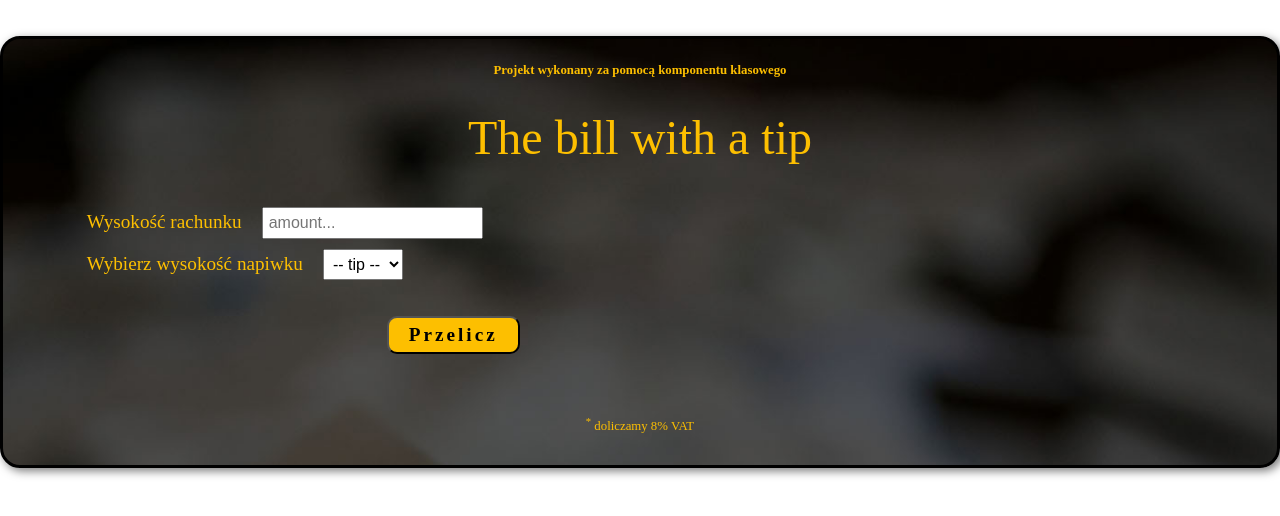
Repository: KrzysKolo/sr_tydzien4_zad1
Page: /
These files come from the project's save history. The page is drawn as it stood at one moment and after the next save; the edit follows.
The browser window is 1280 px wide. The pictures show the whole page.
Some web fonts or font styles are not loaded; a fallback is used. The project was rebuilt for these pictures with package versions that can differ from the ones it lists, and the page was loaded fresh each time. Also part of the build but not shown: src/components/ParagrapfCard.js.

Above is the page before, as saved 2020-11-06 14:58:58.

After the next save:
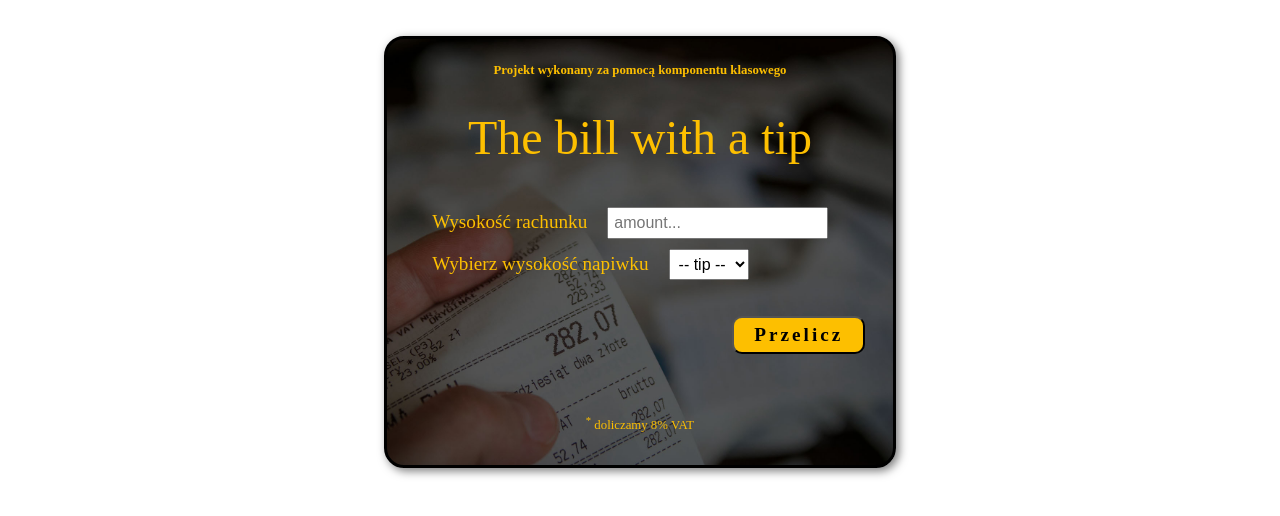
Saved 32 s later.
--- a/src/components/BillCard.css
+++ b/src/components/BillCard.css
@@ -1,6 +1,6 @@
 .billCard__wrapper {
-  min-width: 40vw;
-  min-height: 60vh;
+  width: 40vw;
+  height: 60vh;
   background: url("./../image/bill.jpg");
   background-size: cover;
   border: 3px solid black;
